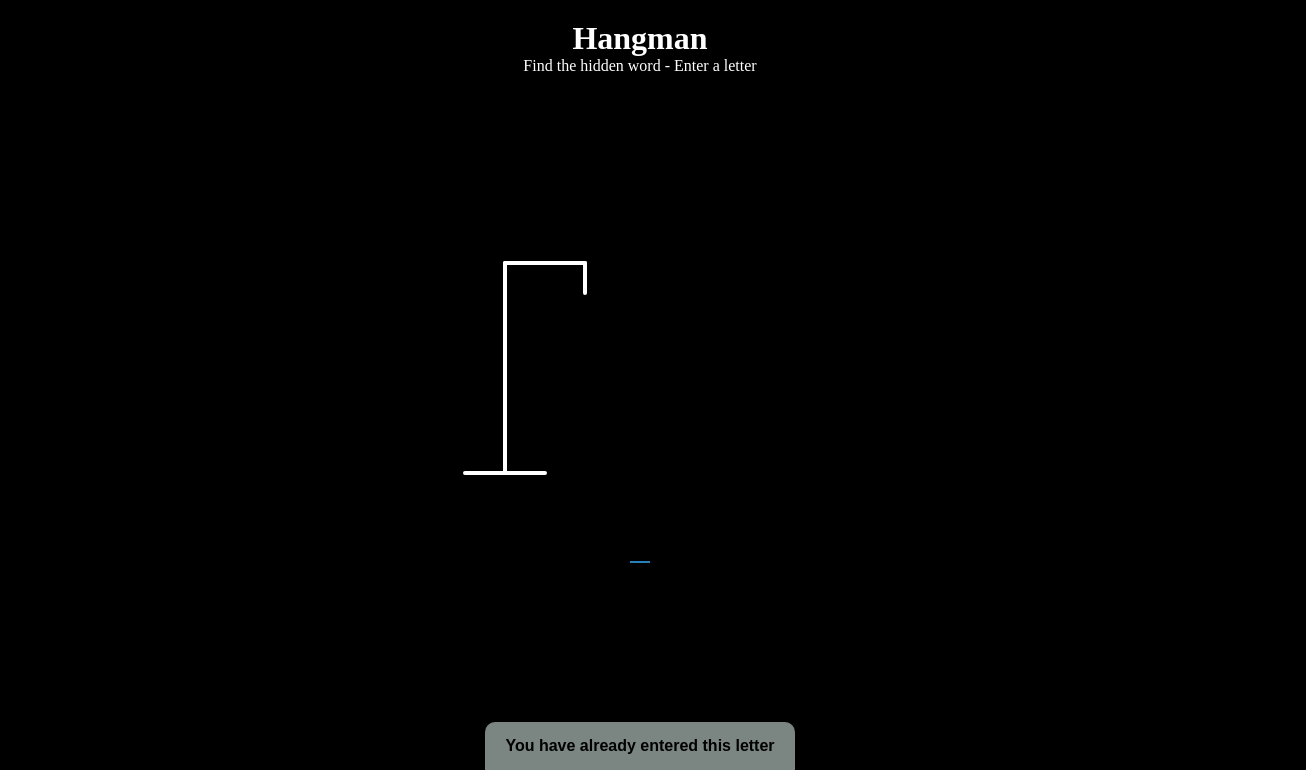
Repository: CAMPSLOPY/HangMan
Page: index.html
An editor plug-in stored every save of this project. The page is shown before and after the next save, followed by the edit.
The browser window is 1280 px wide. The page is 1280 px wide, then 1306 px, so the pictures cover 1306 px, including what lies to the right of the window. The pictures show the whole page.
Some web fonts or font styles are not loaded; a fallback is used.

Above is the page before, as saved 2021-01-27 13:23:29.

### index.html
<!DOCTYPE html>
<html lang="en">
  <head>
    <meta charset="UTF-8" />
    <meta name="viewport" content="width=device-width, initial-scale=1.0" />
    <meta http-equiv="X-UA-Compatible" content="ie=edge" />
    <meta
      name="description"
      content="This is a  puzzle Game that is created with Vanilla JS.
      The game is centered around the use of letters to save a man from dying"
    />
    <meta name="robots" content="index,follow" />
    <link rel="icon" href="/video-game-gamepad.svg" />
    <link rel="stylesheet" href="/styles.css" />
    <title>HangMan</title>
  </head>
  <body>
    <h1>Hangman</h1>
    <p>Find the hidden word - Enter a letter</p>
    <div class="game-container">
      <svg height="250" width="200" class="figure-container">
        <!-- Rod -->
        <line x1="60" y1="20" x2="140" y2="20" />
        <line x1="140" y1="20" x2="140" y2="50" />
        <line x1="60" y1="20" x2="60" y2="230" />
        <line x1="20" y1="230" x2="100" y2="230" />

        <!-- Head -->
        <circle cx="140" cy="70" r="20" class="figure-part" />
        <!-- Body -->
        <line x1="140" y1="90" x2="140" y2="150" class="figure-part" />
        <!-- Arms -->
        <line x1="140" y1="120" x2="120" y2="100" class="figure-part" />
        <line x1="140" y1="120" x2="160" y2="100" class="figure-part" />
        <!-- Legs -->
        <line x1="140" y1="150" x2="120" y2="180" class="figure-part" />
        <line x1="140" y1="150" x2="160" y2="180" class="figure-part" />
      </svg>

      <div class="wrong-letters-container">
        <div id="wrong-letters"></div>
      </div>

      <div class="word" id="word">
      </div>
    </div>

    <!-- Container for final message -->
    <div class="popup-container" id="popup-container">
      <div class="popup">
        <h2 id="final-message"></h2>
        <button id="play-button">Play Again</button>
      </div>
    </div>

    <!-- Notification -->
    <div class="notification-container" id="notification-container">
      <p>You have already entered this letter</p>
    </div>
    <script src="/app.js"></script>
  </body>
</html>

### styles.css
@import url("https://fonts.googleapis.com/css2?family=Hachi+Maru+Pop&display=swap");
* {
  margin: 0;
  padding: 0;
  box-sizing: border-box;
}
body {
  background-color: black;
  color: #fff;
  display: flex;
  flex-direction: column;
  align-items: center;
  overflow: hidden;
  margin: 0;
  height: 100vh;
  font-family: "Hachi Maru Pop", cursive;
}
h1 {
  padding: 20px 0 0;
}
.game-container {
  padding: 20px 30px;
  position: relative;
  margin: auto;
  height: 350px;
  width: 450px;
}
.figure-container {
  fill: transparent;
  stroke-width: 4px;
  stroke: #fff;
  stroke-linecap: round;
}
.figure-part {
  display: none;
}

.wrong-letters-container {
  position: absolute;
  top: 20px;
  right: 20px;
  display: flex;
  flex-direction: column;
  text-align: right;
}
.wrong-letters-container p {
  margin: 0 0 5px;
}
.wrong-letters-container span {
  font-size: 24px;
}

.word {
  display: flex;
  position: absolute;
  bottom: 10px;
  left: 50%;
  transform: translateX(-50%);
}

.letter {
  border-bottom: 2px solid #2980b9;
  display: inline-flex;
  font-size: 30px;
  align-items: center;
  justify-content: center;
  margin: 0 3px;
  height: 50px;
  width: 20px;
}
.popup-container {
  background-color: rgba(0, 0, 0, 0.3);
  position: fixed;
  top: 0;
  left: 0;
  right: 0;
  bottom: 0;
  /* display: flex; */
  display: none;
  align-items: center;
  justify-content: center;
}

.popup {
  background-color: #2980b9;
  border-radius: 5px;
  box-shadow: 0 15px 10px rgba(0, 0, 0, 0.1);
  padding: 20px;
  text-align: center;
}

.popup button {
  cursor: pointer;
  background-color: #fff;
  color: #2980b9;
  margin-top: 20px;
  border: 0;
  font-size: 16px;
  padding: 12px 20px;
}

.popup button:active {
  transform: scale(0.92);
}
.popup button:focus {
  outline: 0;
}
.notification-container {
  background-color: #ebfffa86;
  border-radius: 10px 10px 0 0;
  color: black;
  font-family: Arial, Helvetica, sans-serif;
  font-weight: bold;
  padding: 15px 20px;
  position: absolute;
  bottom: -50px;
  transition: transform 0.3s ease-in-out;
}
.notification-container.show {
  transform: translateY(-50px);
}
.notification-container p {
  margin: 0;
}

### app.js
const wordEl = document.getElementById("word");
const wrongLettersEL = document.getElementById("wrong-letters");
const playAgain = document.getElementById("play-button");
const popUP = document.getElementById("popup-container");
const notification = document.getElementById("notification-container");
const finalMessage = document.getElementById("final-message");
const figureParts = document.querySelectorAll(".figure-part");

// initiating the random game numbers and also its length
const words = ["application, programming, interface, wizard"];
const selectedWords = words[Math.floor(Math.random() * words.length)];

// we need two arrays to store both the correct  and incorrect letters

const wrongLetters = [];
const correctLetters = [];

//  SHOW HIDDEN WORDS
function displayWord() {
  wordEl.innerHTML = `${selectedWords
    .split()
    .map(
      (letter) => `<span class ="letter">
    ${correctLetters.includes(letter) ? letter : ""}
    </span>`
    )
    .join()}`;

  // split() turns a string to an array...
  // map() is used to return an array element with a func...
  // .join() is used to return array into a string...
}

displayWord();

After the next save:
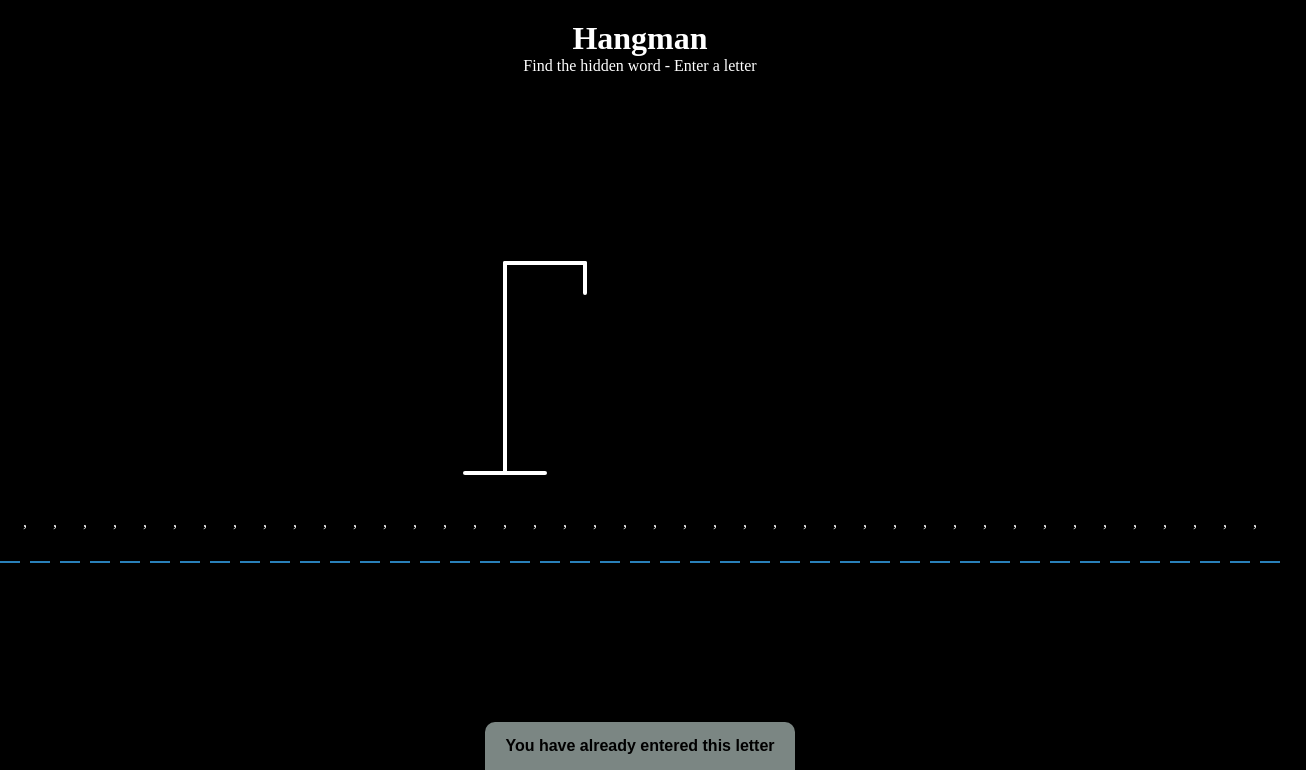
Saved 39 s later.
--- a/app.js
+++ b/app.js
@@ -18,7 +18,7 @@ const correctLetters = [];
 //  SHOW HIDDEN WORDS
 function displayWord() {
   wordEl.innerHTML = `${selectedWords
-    .split()
+    .split('')
     .map(
       (letter) => `<span class ="letter">
     ${correctLetters.includes(letter) ? letter : ""}
